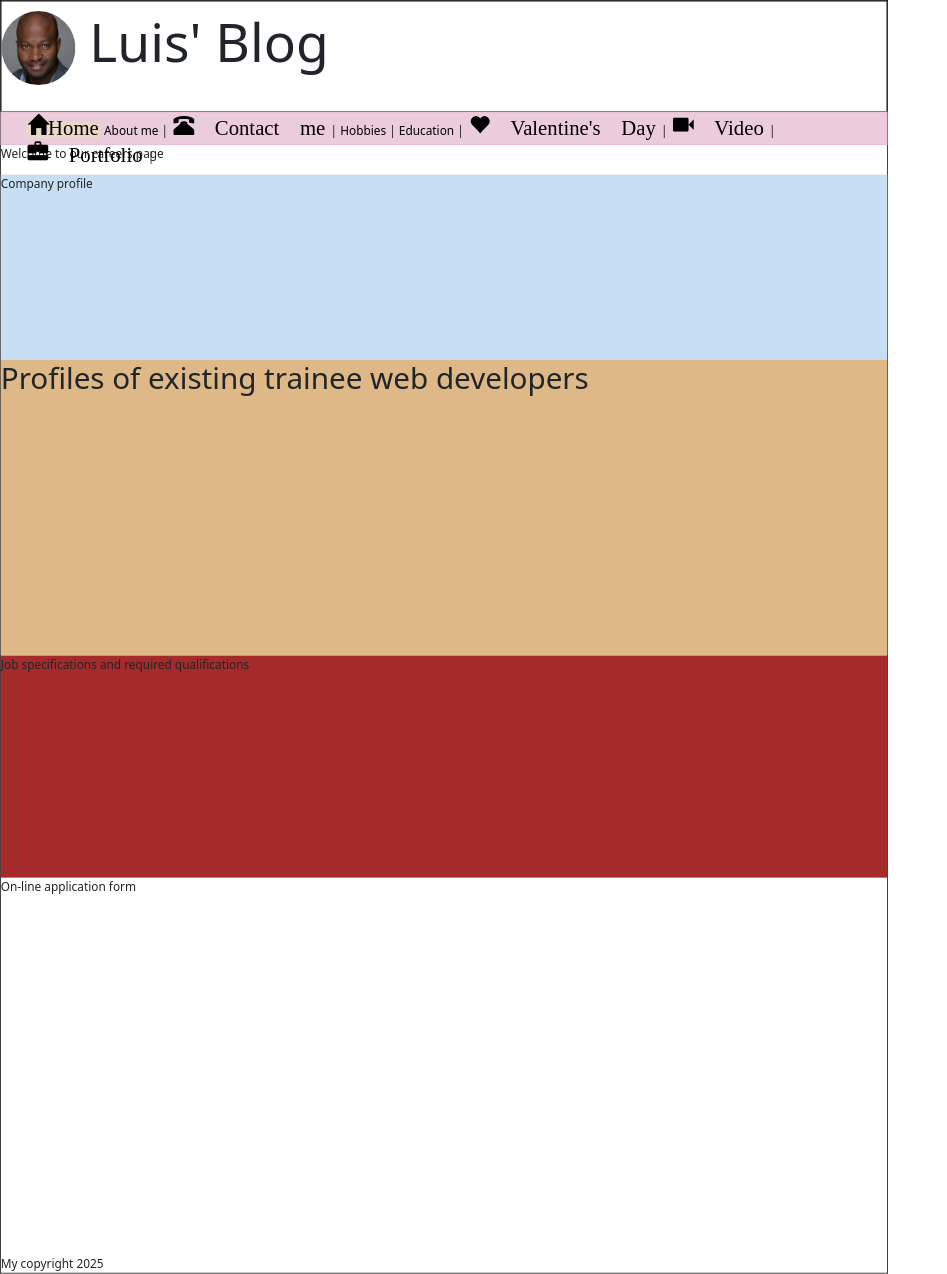
Repository: Apex-03/Apex-03.github.io
Page: careers.html
The author's editor kept a copy of each file at every save. The page is drawn from the files as they stood at one save, then again after the next save.
The browser window is 1280 px wide. The pictures show the whole page, at 74% of full size.

Above is the page before, as saved 2025-05-02 14:09:04.

After the next save:
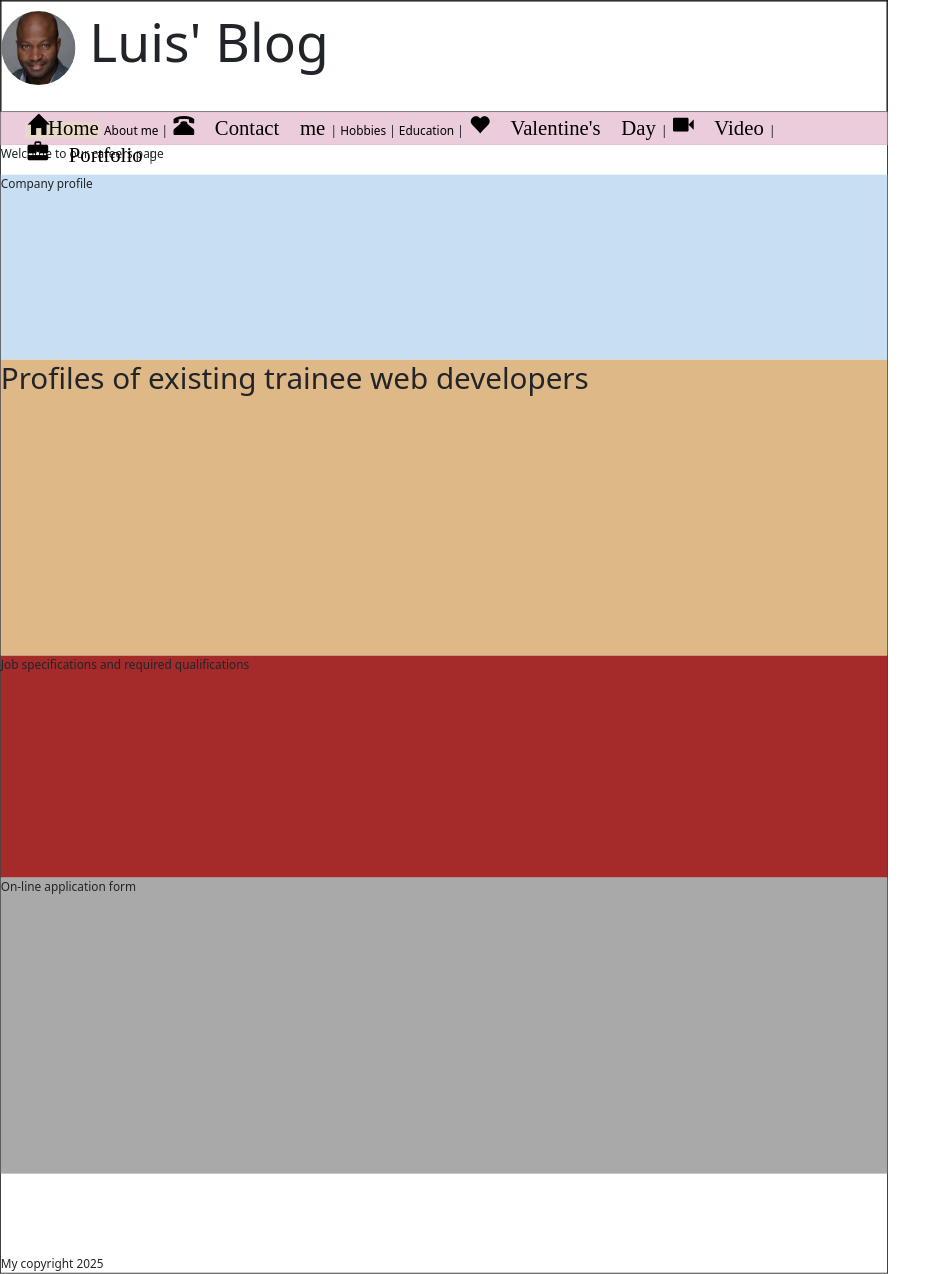
Saved 65 s later.
--- a/mycss/myblog.css
+++ b/mycss/myblog.css
@@ -74,7 +74,11 @@ height: 25px;
 background-color: #e8d8c8;
 }
 
-
+.application_form {
+    width: 100%;
+    height: 400px;
+    background-color:darkgray;
+}
 
 
 
